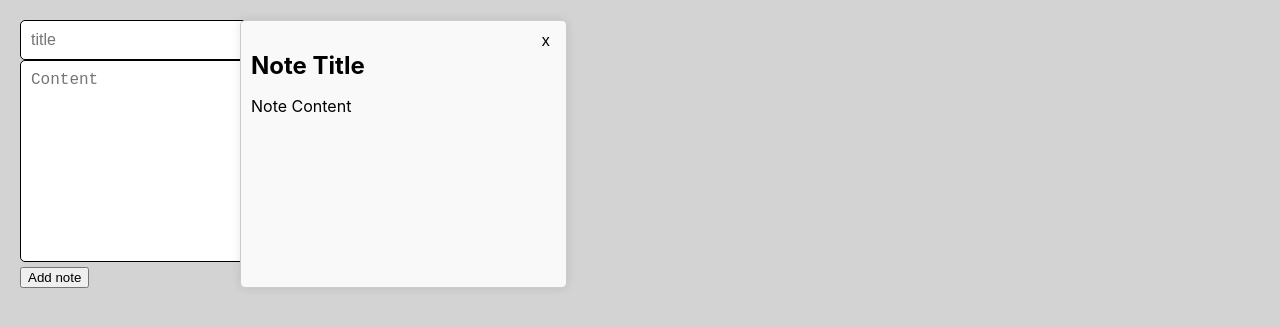
Repository: karolina-rachuta/Notes_React_Node_Js
Page: /
The author's editor kept a copy of each file at every save. The page is drawn from the files as they stood at one save, then again after the next save.
The browser window is 1280 px wide. The pictures show the whole page.
The project was rebuilt for these pictures with package versions that can differ from the ones it lists, and the page was loaded fresh each time.

Above is the page before, as saved 2024-08-10 21:39:57.

### src/App.tsx
import './App.css';

function App() {
  return (
    <div className="app-container">
      <form action="note-form">
        <input
          type="text"
          placeholder="title"
          value=""
          required
        />
        <textarea
          placeholder="Content"
          name=""
          id=""
          cols={20}
          rows={10}
          required
        ></textarea>
        <button type="submit">Add note</button>
      </form>
      <div className="notes-grid">
        <div className="notes-item">
          <div className="notes-header">
            <button>x</button>
          </div>
          <h2>Note Title</h2>
          <p>Note Content</p>
        </div>
      </div>
    </div>
  );
}

export default App;

### src/App.css
body {
  margin: 20px;
  background-color: lightgray;
}

.app-container {
  grid-template-columns: 1fr;
}

@media (min-width: 600px) {
  .app-container {
    display: grid;
    grid-template-columns: 200px 1fr;
    gap: 20px;
  }
}

.notes-grid {
  display: grid;
  grid-template-columns: repeat(auto-fill, minmax(250px, 1fr));
  grid-auto-rows: minmax(250px, auto);
  gap: 20px;
}

.notes-item {
  display: flex;
  flex-direction: column;
  border: 1px solid #ccc;
  padding: 10px;
  border-radius: 5px;
  background-color: #f9f9f9;
  box-shadow: 0px 0px 10px rgba(0, 0, 0, 0.1);
  cursor: pointer;
}

.notes-header {
  display: flex;
  justify-content: flex-end;
}

.notes-header button {
  font-size: 16px;
  background: transparent;
  border: none;
  cursor: pointer;
  max-width: fit-content;
}

h2 {
  margin: 0;
}

.note-form {
  display: flex;
  flex-direction: column;
  gap: 20px;
}

textarea,
input {
  border-radius: 5px;
  border: 1px solid black;
  padding: 10px;
  font-size: 16px;
}

.note-form button {
  border-radius: 5px;
  background-color: rgb(64, 154, 184);
  border: none;
  padding: 10px;
  font-size: 16px;
  color: #fff;
}

.note-form button:hover {
  background-color: rgb(106, 175, 198);
  cursor: pointer;
}

Loaded but not shown: public/index.html (common file); src/index.tsx (common file); src/index.css (common file); src/reportWebVitals.ts (common file)

After the next save:
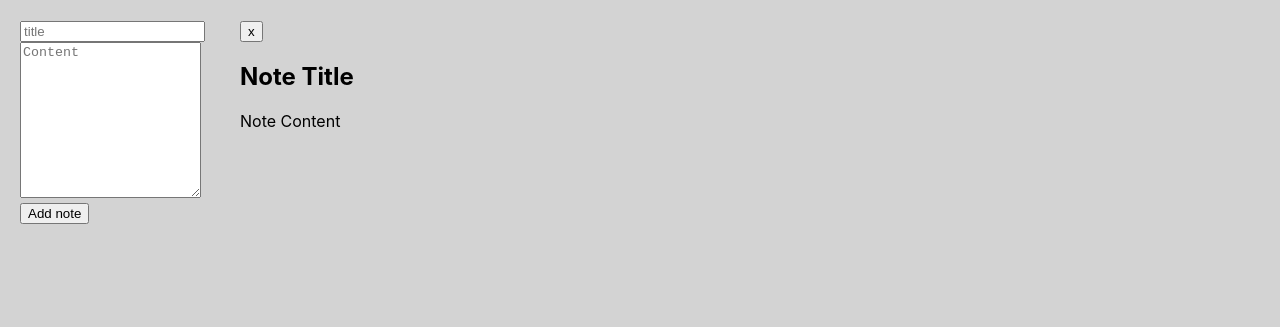
Saved 4 min 11 s later.
--- a/src/App.css
+++ b/src/App.css
@@ -22,7 +22,7 @@ body {
   gap: 20px;
 }
 
-.notes-item {
+/* .notes-item {
   display: flex;
   flex-direction: column;
   border: 1px solid #ccc;
@@ -77,3 +77,4 @@ input {
   background-color: rgb(106, 175, 198);
   cursor: pointer;
 }
+ */
